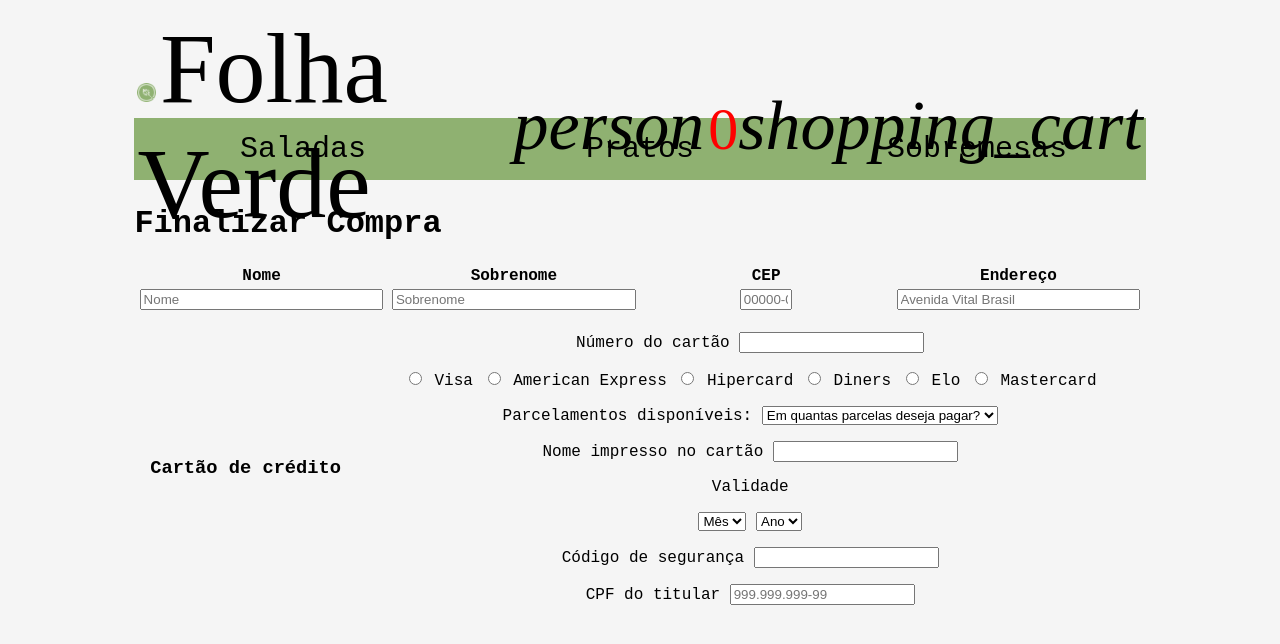
Repository: maaelphd/FolhaVerde
Page: http://localhost/FolhaVerde/Payment.jsp
These files come from the project's save history. The page is drawn as it stood at one moment and after the next save; the edit follows.
The browser window is 1280 px wide. The pictures show the whole page.
Some web fonts or font styles are not loaded; a fallback is used. The page is served by Tomcat 9.

Above is the page before, as saved 2018-06-04 02:25:39.

After the next save:
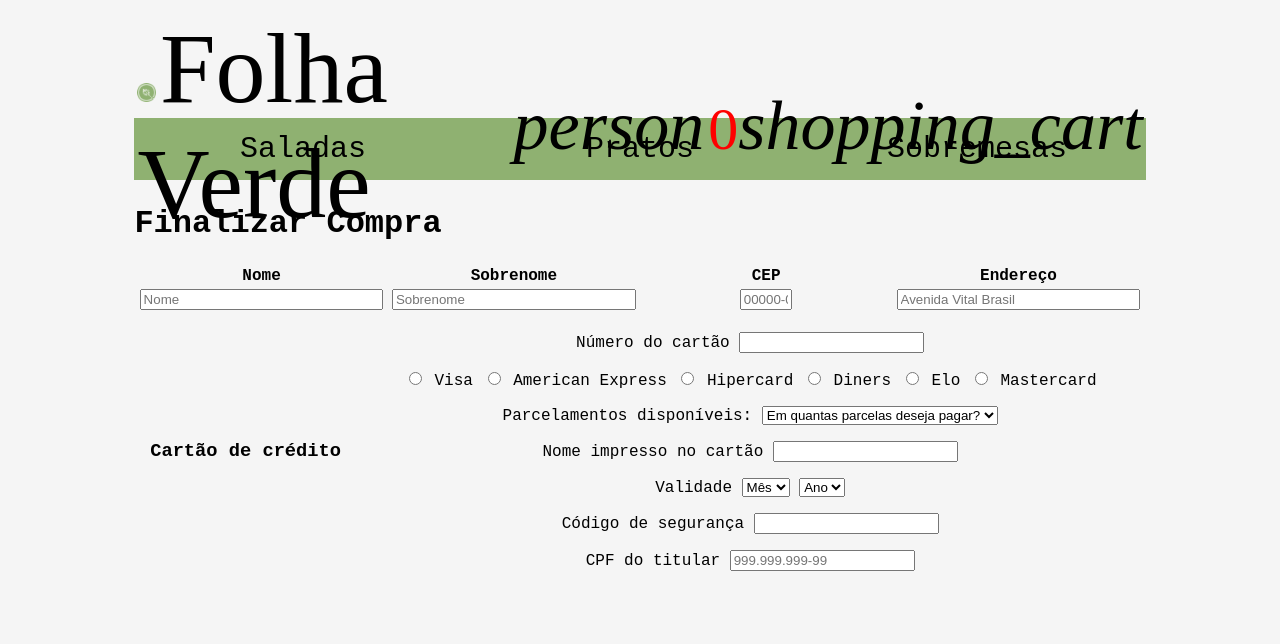
Saved 25 s later.
--- a/FolhaVerde/WebContent/Payment.jsp
+++ b/FolhaVerde/WebContent/Payment.jsp
@@ -113,8 +113,8 @@
 										<input type="text" class="input-medium  " id="creditCardpayment-card-0Name" name="ccName" value="">
 									</p>
 									<div class="PaymentCardDueDate clearfix">
-										<label class="FormFieldLabel pull-left" for="creditCardpayment-card-0Month">Validade</label>
 										<p class="payment-card-due-month input text required">
+											<label class="FormFieldLabel pull-left" for="creditCardpayment-card-0Month">Validade</label>
 											<select class="input-mini " id="creditCardpayment-card-0Month" name="cardExpirationMonth">
 												<option value="">Mês</option>
 												<option value="01">01</option>
